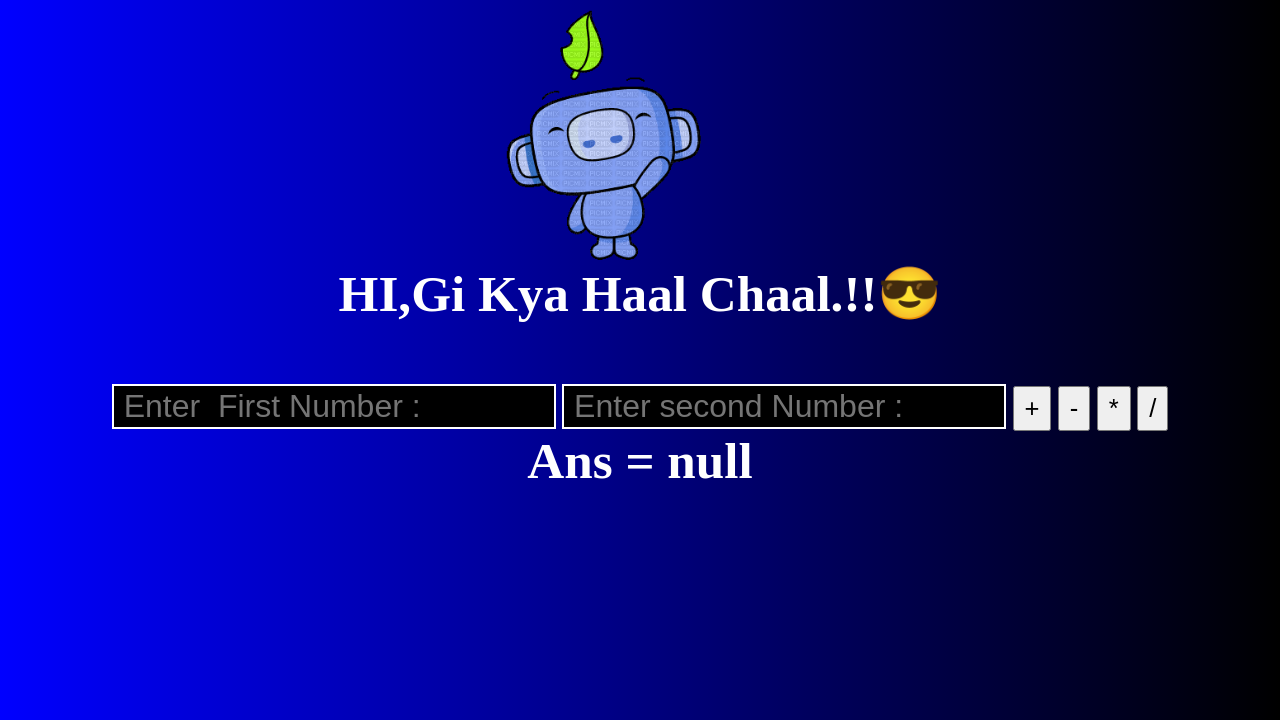
Repository: Deepak-Mane1902/simple-Calculator-using-JSP-Servlet
Page: http://localhost/webProject/NewFile.jsp
An editor plug-in stored every save of this project. The page is shown before and after the next save, followed by the edit.
The browser window is 1280 px wide. The pictures show the whole page.
The page is served by Tomcat 9. Other server files are loaded and not shown.

Above is the page before, as saved 2024-12-15 08:35:43.

### webProject/src/main/webapp/NewFile.jsp
<%@ page language="java" contentType="text/html; charset=UTF-8"
    pageEncoding="UTF-8"%>
<!DOCTYPE html>
<html>
<head>
<meta charset="UTF-8">
<title>Insert title here</title>
<link rel="stylesheet" href="style.css" >
</head>
<body>
<main>
<img src="images/gip.gif" />
<h1>HI,Gi Kya Haal Chaal.!!😎</h1><br><br>
<form action="myServlet" method="post">
<input name="firstNum" type="number" placeholder="Enter  First Number : " required/>
<input name="secondNum"  placeholder="Enter second Number : " required/>
<button name="btn1" value="1">+</button>
<button name="btn1" value="2">-</button>
<button name="btn1" value="3">*</button>
<button name="btn1" value="4">/</button>
</form>
<h1>Ans = <%=request.getParameter("ans") %></h1>
</main>
</body>
</html>

### webProject/src/main/webapp/style.css
*{
	margin:0;
	padding:0;
	font-size:2vw;
}
html,body{
	width:100%;
	height:100%;
		background:linear-gradient(to right, blue,black);
}
main{
	display:grid;
	justify-content:center;
	align-items:center;
	text-align:center;
	color:#fff;

}
img{
	position:relative;
	top:0px;
	left:35%;
	width:25%;
	transition: 0.3s;
}
img:hover{
		width:26%;
		cursor:pointer;
}
h1{
	font-size:4vw;
}
input{
	font-size:2.5vw;
	padding:2px 10px;
	border:2px solid white;
	background-color:black;
	color:white;
}
button{
	text-align:center;
	padding: 6px 10px;
}

After the next save:
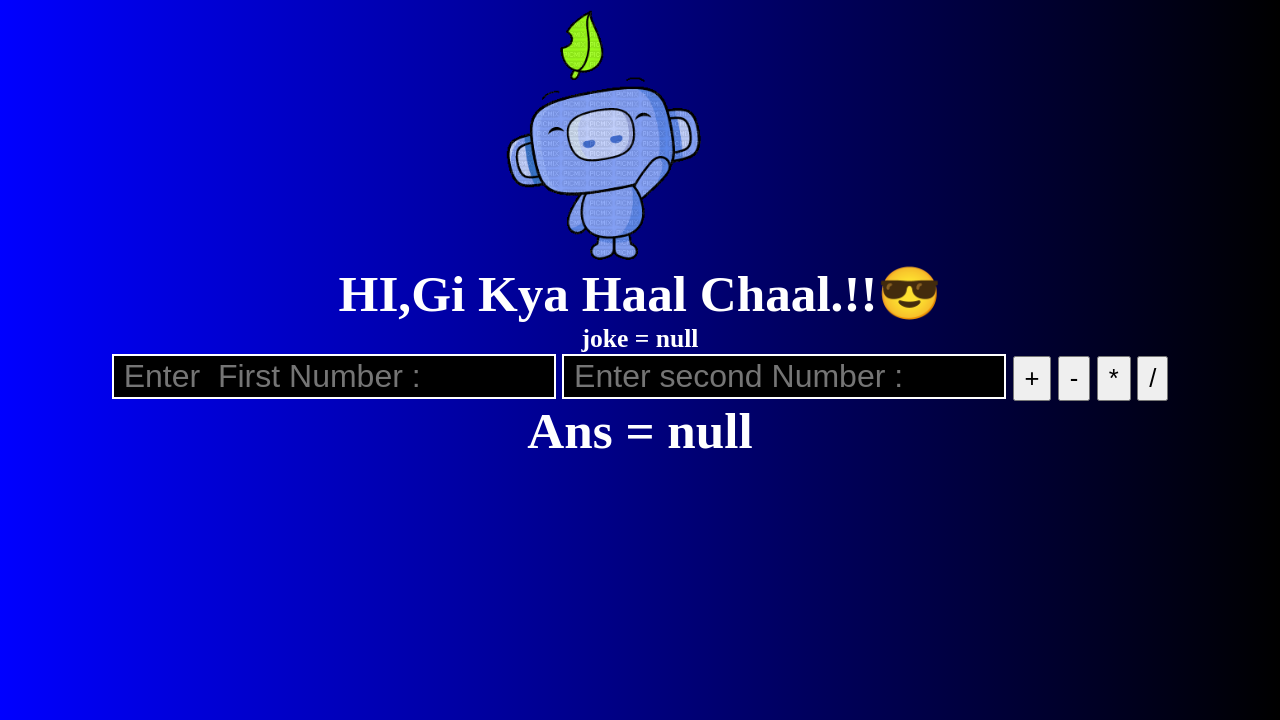
Saved 52 s later.
--- a/webProject/src/main/webapp/NewFile.jsp
+++ b/webProject/src/main/webapp/NewFile.jsp
@@ -10,7 +10,8 @@
 <body>
 <main>
 <img src="images/gip.gif" />
-<h1>HI,Gi Kya Haal Chaal.!!😎</h1><br><br>
+<h1>HI,Gi Kya Haal Chaal.!!😎</h1>
+<h2>joke = <%=request.getParameter("joke") %></h2>
 <form action="myServlet" method="post">
 <input name="firstNum" type="number" placeholder="Enter  First Number : " required/>
 <input name="secondNum"  placeholder="Enter second Number : " required/>
